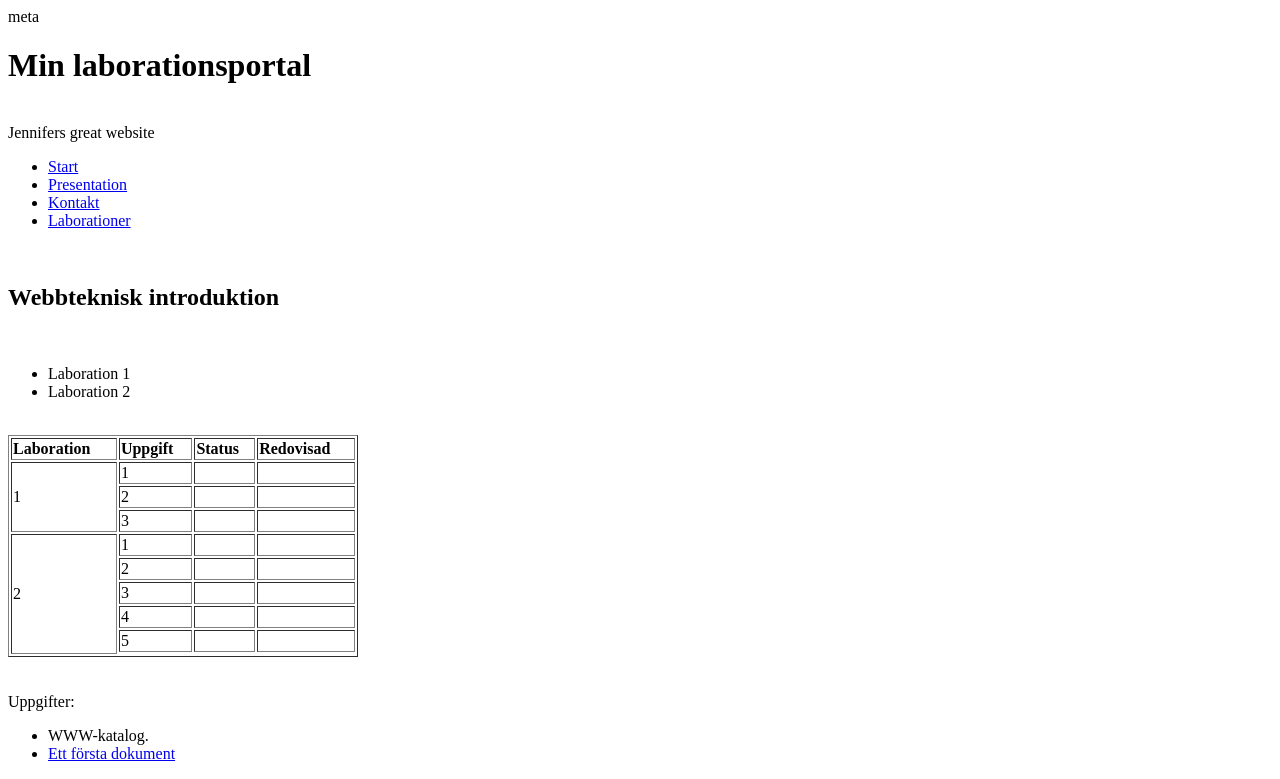
Repository: JeAut/1ik415-JeAut-laborationer
Page: WWW/pages/laborationer.html
The author's editor kept a record of every edit. The page is drawn from the files as they stood at one moment, then again after the next edit.
The browser window is 1280 px wide. The pictures show the whole page.

Above is the page before.

After the next edit:
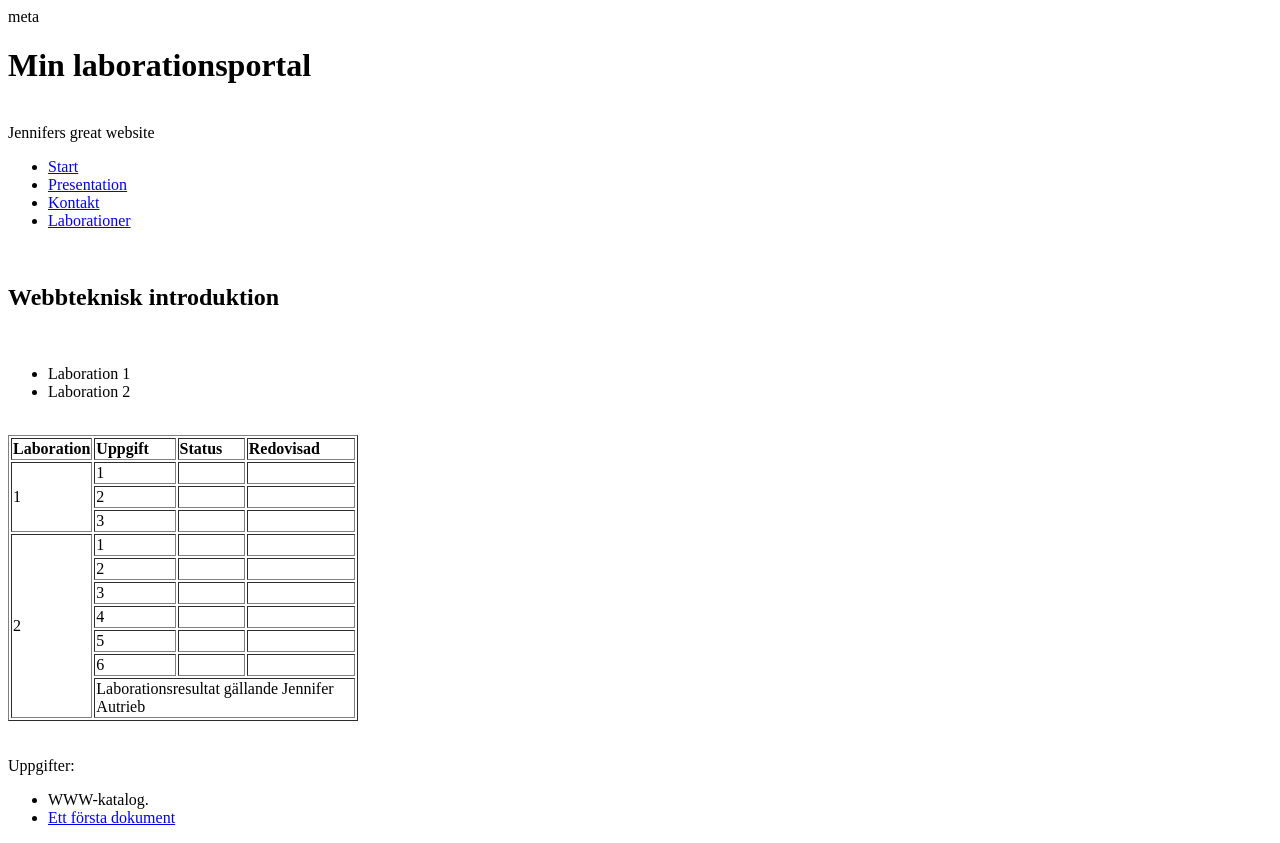
The edit:
--- a/WWW/pages/laborationer.html
+++ b/WWW/pages/laborationer.html
@@ -72,8 +72,11 @@
             <td></td>
         </tr>
         <tr>
-
+            <td>6</td>
+            <td></td>
+            <td></td>
         </tr>
+        <td colspan="4">Laborationsresultat gällande Jennifer Autrieb</td>
         </table>
         <br>
         <br>Uppgifter:
